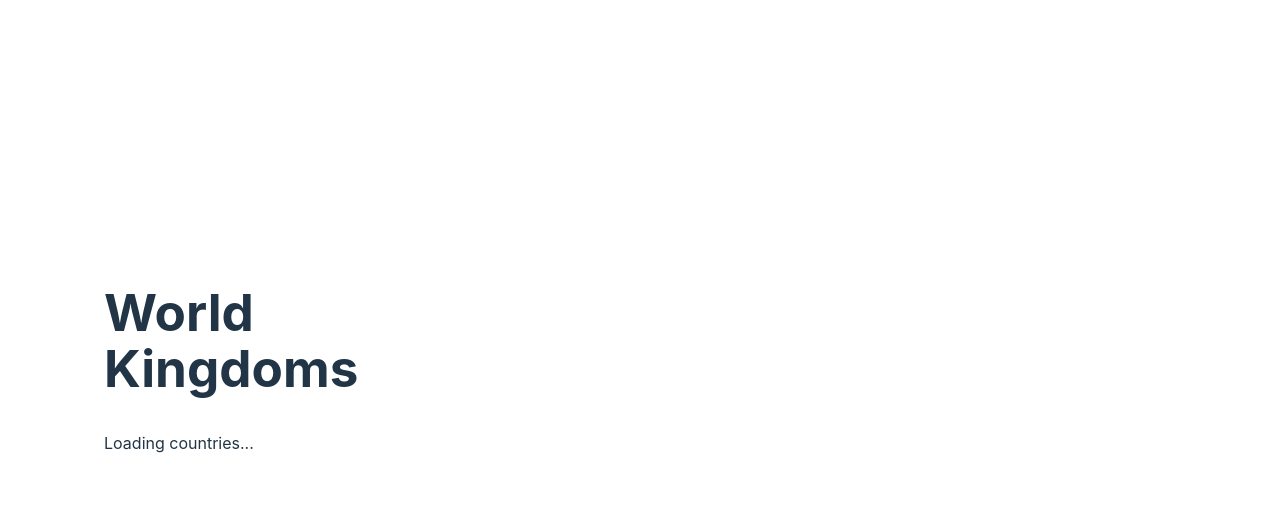
Repository: MelissaJacobi/lab-07
Page: /
An editor plug-in stored every save of this project. The page is shown before and after the next save, followed by the edit.
The browser window is 1280 px wide. The pictures show the whole page.
The page's requests for data from a server got no answer. The project was rebuilt for these pictures with package versions that can differ from the ones it lists, and the page was loaded fresh each time. No one was signed in, and anything a server would have sent is missing. Also part of the build but not shown: vite.config.js, src/components/Details.module.css, src/components/Details.jsx.

Above is the page before, as saved 2024-11-23 22:17:24.

### src/App.jsx
import { BrowserRouter as Router, Routes, Route } from "react-router-dom";
import Countries from "./components/Countries";
import Details from "./components/Details";

function App() {
  return (
    <Router>
      <Routes>
        <Route path="/" element={<Countries />}>
          <Route path="countries/:cca2" element={<Details />} />
        </Route>
        <Route path="countries" element={<Countries />} />
      </Routes>
    </Router>
  );
}

export default App;

### src/components/Countries.jsx
import { useEffect, useState } from "react";
import { useNavigate, Outlet } from "react-router-dom";
import styles from "./Countries.module.css"

const Countries = () => {
  const [countries, setCountries] = useState([]);
  const [loading, setLoading] = useState(true);
  const navigate = useNavigate();

  useEffect(() => {
    fetch("https://restcountries.com/v3.1/name/kingdom")
      .then((response) => response.json())
      .then((data) => {
        setCountries(data);
        setLoading(false);
      })
      .catch((error) => console.error("Error fetching data:", error));
  }, []);

  const handleSelection = (event) => {
    const selectedCountry = countries.find(
      (country) => country.cca2 === event.target.value
    );
    if (selectedCountry) {
      navigate(`/countries/${selectedCountry.cca2}`, { state: { data: selectedCountry } });
    }
  };

  return (
    <div className={styles.container}>
      <h1>World Kingdoms</h1>
      {loading ? (
        <p>Loading countries...</p>
      ) : (
        <select
          onChange={handleSelection}
          defaultValue=""
          className={styles.dropDown}
        >
          <option value="" disabled>
            Select a country
          </option>
          {countries.map((country) => (
            <option key={country.cca2} value={country.cca2}>
              {country.name.common}
            </option>
          ))}
        </select>
      )}
      <Outlet />
    </div>
  );
};

export default Countries;

### src/components/Countries.module.css
.container {
    width: 50%;
    margin: auto;
}

.dropDown {
    width: 100%;
    padding: 10px 15px;
    border: 1px solid #ccc;
    border-radius: 8px;
    background-color: #f9f9f9;
    color: #333;
    font-size: 16px;
    cursor: pointer;
    appearance: none; /* Remove default browser styles */
    -webkit-appearance: none;
    -moz-appearance: none;
    transition: border-color 0.3s, box-shadow 0.3s;
}

Loaded but not shown: index.html (common file); src/main.jsx (common file); src/index.css (common file)

After the next save:
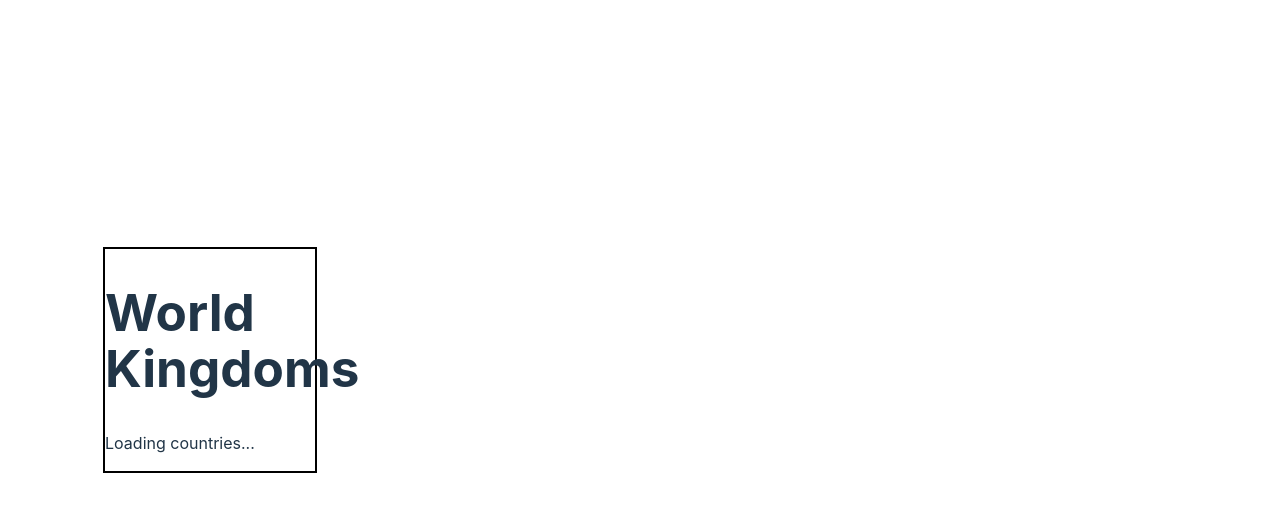
Saved 23 s later.
--- a/src/components/Countries.module.css
+++ b/src/components/Countries.module.css
@@ -1,6 +1,7 @@
 .container {
     width: 50%;
     margin: auto;
+    border: 2px solid black;
 }
 
 .dropDown {
